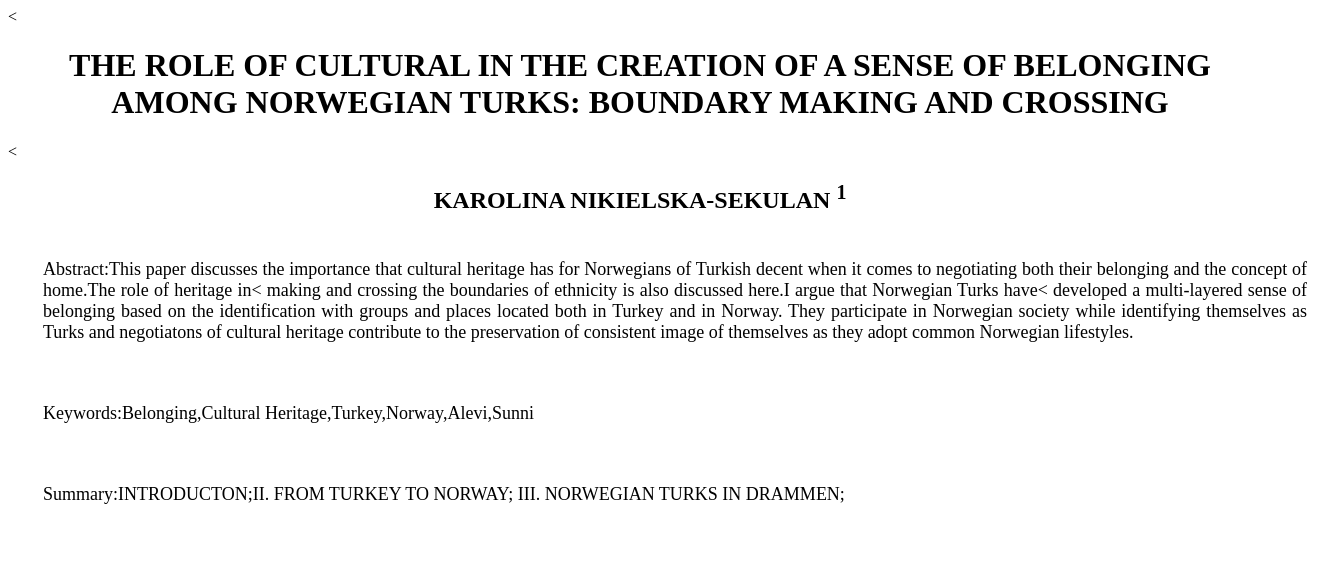
Repository: Pholi658/HTML-Task1
Page: Task2.html/No2.html
An editor plug-in stored every save of this project. The page is shown before and after the next save, followed by the edit.
The browser window is 1280 px wide. The page is 1332 px wide, so the pictures cover 1332 px, including what lies to the right of the window. The pictures show the whole page.

Above is the page before, as saved 2024-10-17 14:55:14.

### Task2.html/No2.html
<!Doctype html>
<html lang=en>
< <head>
    <title>no2 task</title>
    <style>
        h1,
        h2 {
            text-align: center;
        }

        p {

            width: 100%;
            border: 7px honeydew;
            padding: 25px;
            margin: 10px;
            text-align: justify;
            font-size: 18px;

        }
    </style>
    </head>

    <body>
        <h1>THE ROLE OF CULTURAL IN THE CREATION OF A
            SENSE OF BELONGING AMONG NORWEGIAN TURKS:
            BOUNDARY MAKING AND CROSSING
        </h1>
        <<h2>KAROLINA NIKIELSKA-SEKULAN <sup>1</sup></h2>
            <p>Abstract:This paper discusses the importance that cultural heritage has for Norwegians of Turkish
                decent when it comes to negotiating both their belonging and the concept of home.The role of heritage
                in< making and crossing the boundaries of ethnicity is also discussed here.I argue that Norwegian Turks
                    have< developed a multi-layered sense of belonging based on the identification with groups and
                    places located both in Turkey and in Norway. They participate in Norwegian society while identifying
                    themselves as Turks and negotiatons of cultural heritage contribute to the preservation of
                    consistent image of themselves as they adopt common Norwegian lifestyles.</p>
                    <p>Keywords:Belonging,Cultural Heritage,Turkey,Norway,Alevi,Sunni</p>
                    <p>Summary:INTRODUCTON;II. FROM TURKEY TO NORWAY; III. NORWEGIAN TURKS IN DRAMMEN;<IV. ETHODOLOGY;
                            V. HERITAGE AND BELONGING.BOUNDARY MAKING AND CROSSING; V.1. Dual Belonging; V.2.
                            Dual(non)belonging; V.3. Heritage:boundary making and crossing;VI.CONCLUSIONS</p>
    </body>

</html>

After the next save:
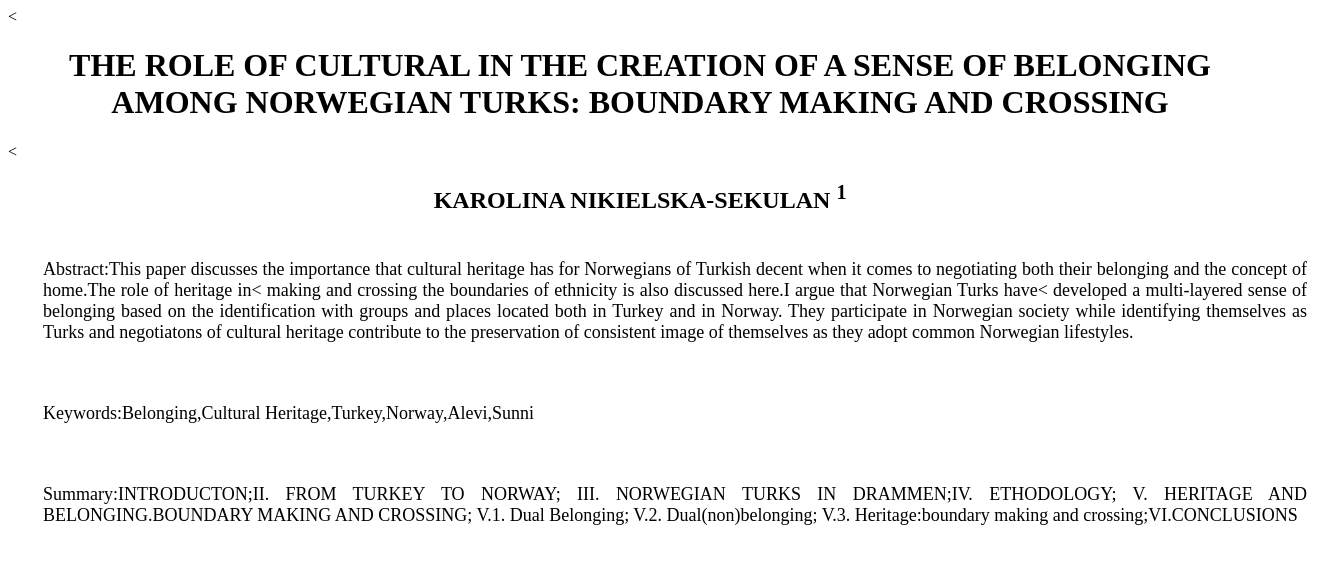
Saved 98 s later.
--- a/Task2.html/No2.html
+++ b/Task2.html/No2.html
@@ -35,9 +35,9 @@
                     themselves as Turks and negotiatons of cultural heritage contribute to the preservation of
                     consistent image of themselves as they adopt common Norwegian lifestyles.</p>
                     <p>Keywords:Belonging,Cultural Heritage,Turkey,Norway,Alevi,Sunni</p>
-                    <p>Summary:INTRODUCTON;II. FROM TURKEY TO NORWAY; III. NORWEGIAN TURKS IN DRAMMEN;<IV. ETHODOLOGY;
-                            V. HERITAGE AND BELONGING.BOUNDARY MAKING AND CROSSING; V.1. Dual Belonging; V.2.
-                            Dual(non)belonging; V.3. Heritage:boundary making and crossing;VI.CONCLUSIONS</p>
+                    <p>Summary:INTRODUCTON;II. FROM TURKEY TO NORWAY; III. NORWEGIAN TURKS IN DRAMMEN;IV. ETHODOLOGY;
+                        V. HERITAGE AND BELONGING.BOUNDARY MAKING AND CROSSING; V.1. Dual Belonging; V.2.
+                        Dual(non)belonging; V.3. Heritage:boundary making and crossing;VI.CONCLUSIONS</p>
     </body>
 
 </html>
